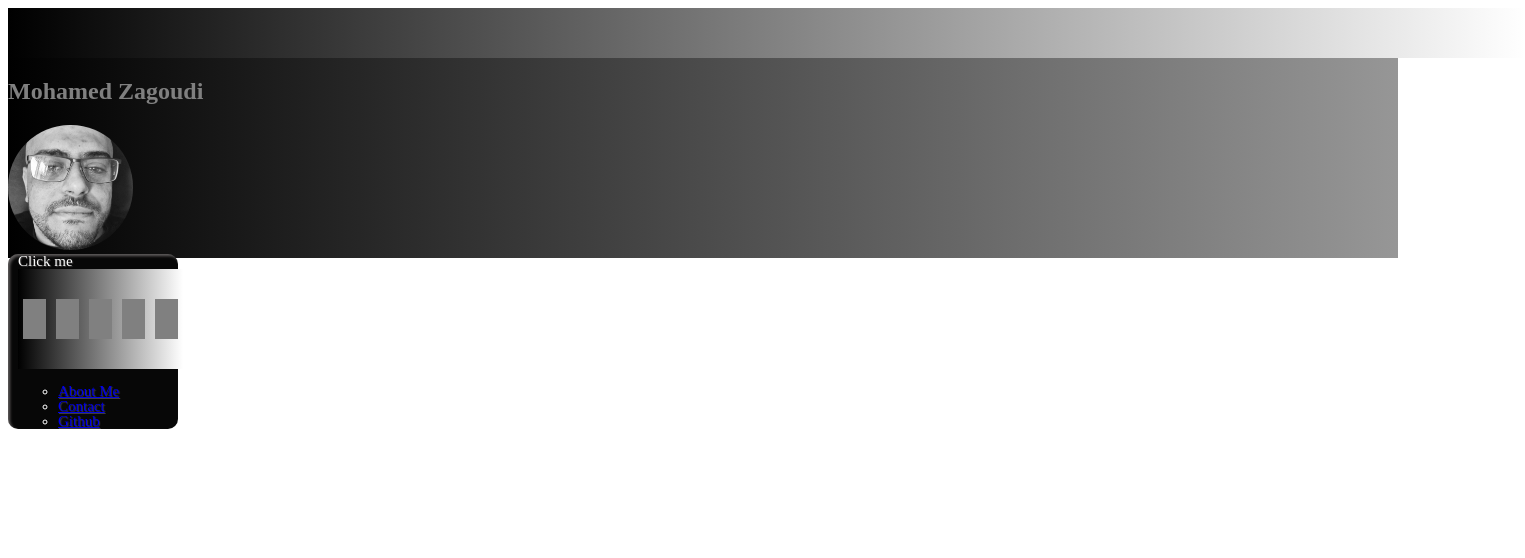
Repository: Mohzagou/Eersteportofolio
Page: index.html
An editor plug-in stored every save of this project. The page is shown before and after the next save, followed by the edit.
The browser window is 1280 px wide. The page is 1525 px wide, so the pictures cover 1525 px, including what lies to the right of the window. The pictures show the whole page.

Above is the page before, as saved 2022-06-07 23:51:54.

After the next save:
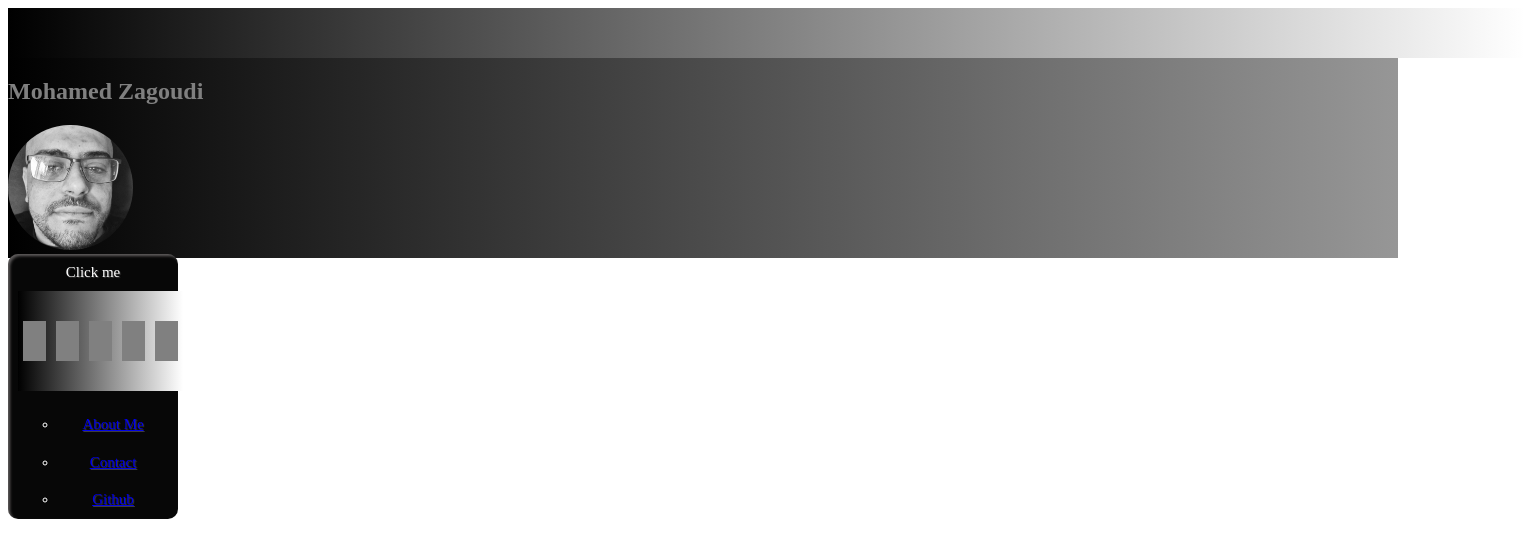
Saved 52 s later.
--- a/styles.css
+++ b/styles.css
@@ -52,7 +52,8 @@
                                 padding: 0 10px;
                                 font-size: 15px;
                                 width: 150px;
-                                line-height: 15px;
+                                text-align: center;
+                                line-height: 2.5;
                                 color: rgb(255, 255, 255);
                                 text-shadow: 1px 1px 1px rgb(61, 60, 60);
                                 background-color: rgb(7, 7, 7);
